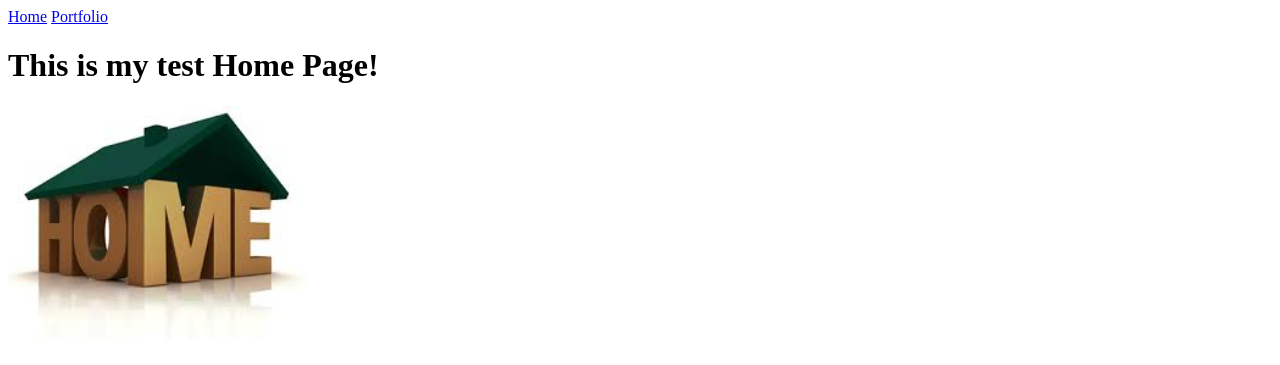
Repository: jonofre2029/jonofre2029.github.io
Page: my_website/index.html
The author's editor kept a record of every edit. The page is drawn from the files as they stood at one moment, then again after the next edit.
The browser window is 1280 px wide. The pictures show the whole page.

Above is the page before.

### my_website/index.html
<!doctype html>
<html lang="en">
  <head>
    <meta charset="utf-8">
    <title>Home</title>
  </head>
  <body>
    <a href="index.html">Home</a>
    <a href="portfolio.html">Portfolio</a>
    <h1>This is my test Home Page!</h1>
    <img src="images/home.jpg" height="250">
  </body>
</html>

After the next edit:
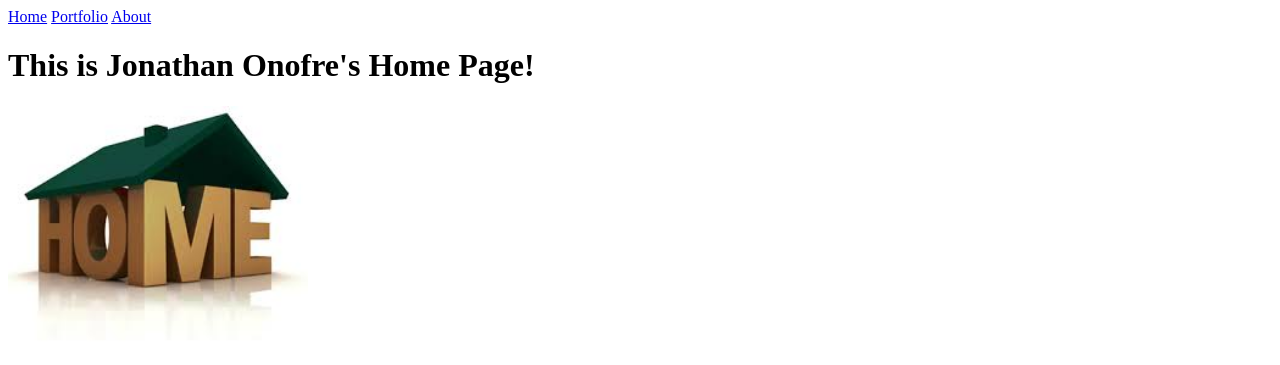
The edit:
--- a/my_website/index.html
+++ b/my_website/index.html
@@ -7,7 +7,8 @@
   <body>
     <a href="index.html">Home</a>
     <a href="portfolio.html">Portfolio</a>
-    <h1>This is my test Home Page!</h1>
+    <a href="aboutme.html">About</a>
+    <h1>This is Jonathan Onofre's Home Page!</h1>
     <img src="images/home.jpg" height="250">
   </body>
 </html>
